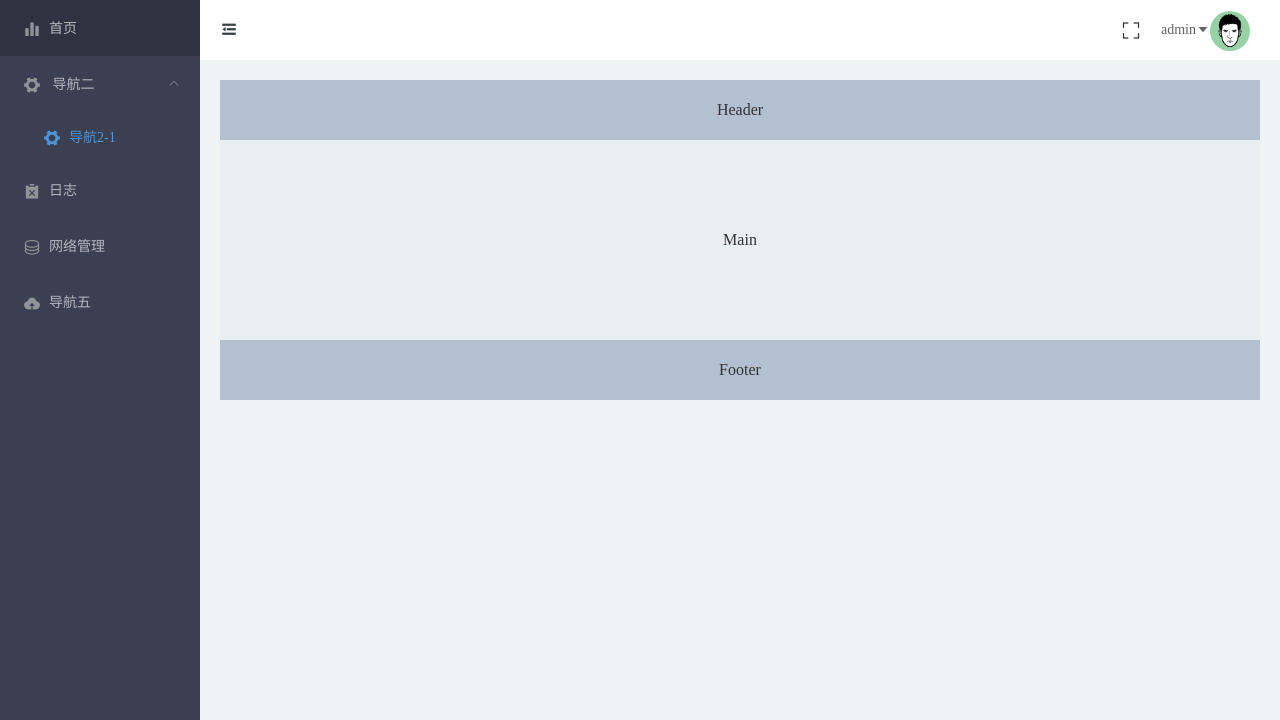
Repository: TomGodb/dazoo-admin
Page: /#/dashbord/aaa
An editor plug-in stored every save of this project. The page is shown before and after the next save, followed by the edit.
The browser window is 1280 px wide. The pictures show the whole page.
The project was rebuilt for these pictures with package versions that can differ from the ones it lists, and the page was loaded fresh each time. Also part of the build but not shown: vue.config.js, src/components/SlideVerify/index.vue, src/utils/request.js, src/views/login/http.js, src/views/login/index.vue.

Above is the page before, as saved 2021-01-23 10:32:04.

After the next save:
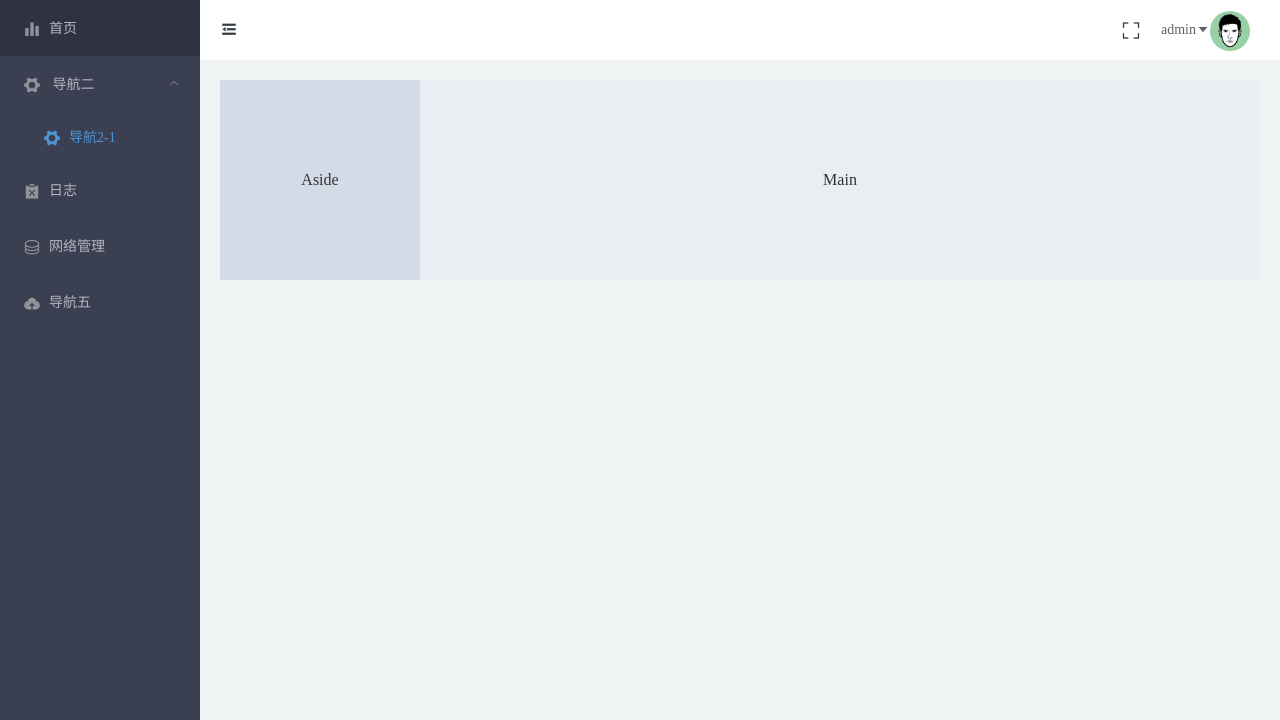
Saved 29 s later.
--- a/src/views/aaa/index.vue
+++ b/src/views/aaa/index.vue
@@ -1,9 +1,10 @@
 <template>
 <div>
     <el-container>
-  <el-header>Header</el-header>
+  <el-container>
+  <el-aside width="200px">Aside</el-aside>
   <el-main>Main</el-main>
-  <el-footer>Footer</el-footer>
+</el-container>
 </el-container>
 </div>
 </template>
